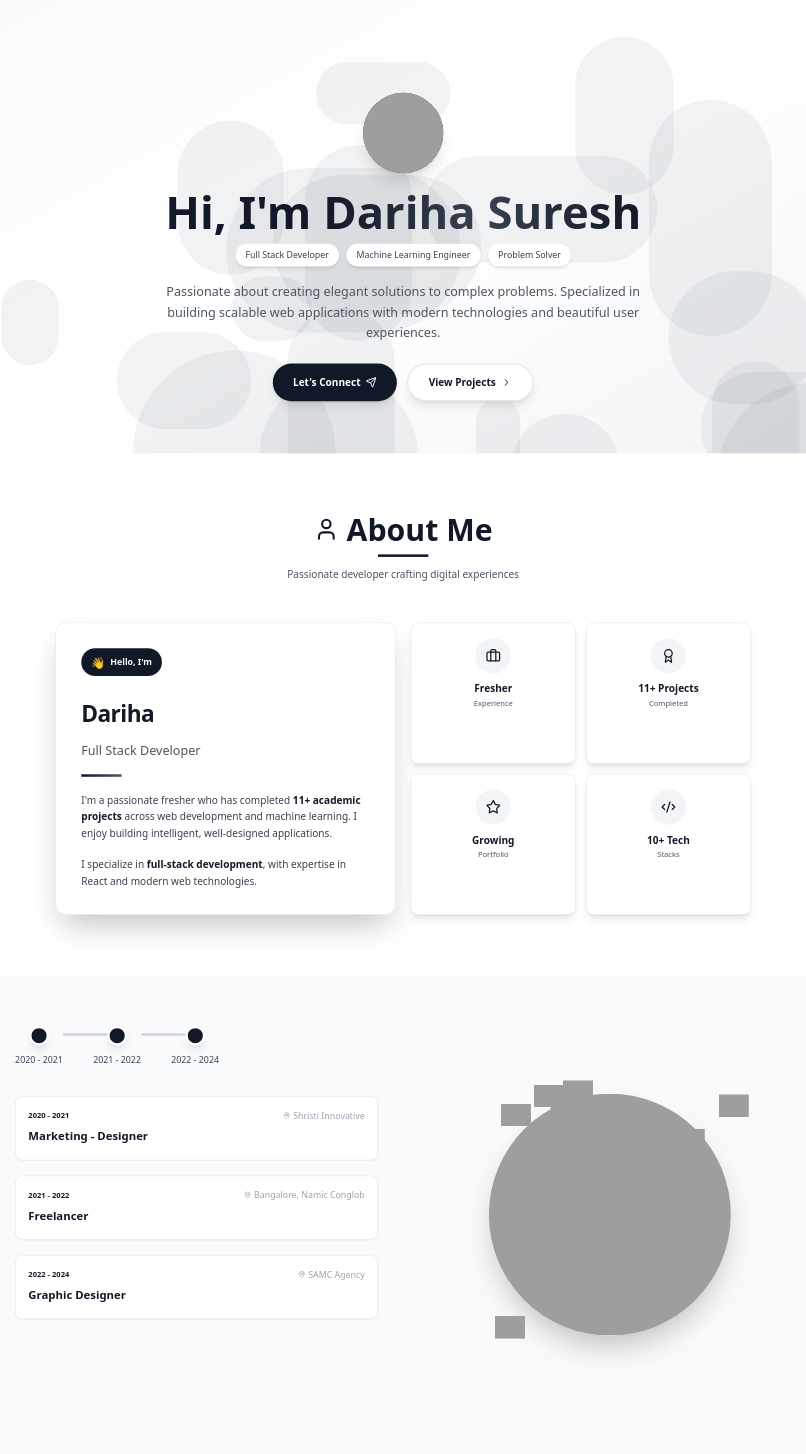
Repository: darihafebi825-collab/react-portfolio
Page: / (app in portapp/)
The author's editor kept a copy of each file at every save. The page is drawn from the files as they stood at one save, then again after the next save.
The browser window is 1280 px wide. The pictures show the whole page, at 63% of full size.
Pictures or frames that could not be fetched are drawn as grey boxes. The project was rebuilt for these pictures with package versions that can differ from the ones it lists, and the page was loaded fresh each time.

Above is the page before, as saved 2025-12-24 17:54:28.

After the next save:
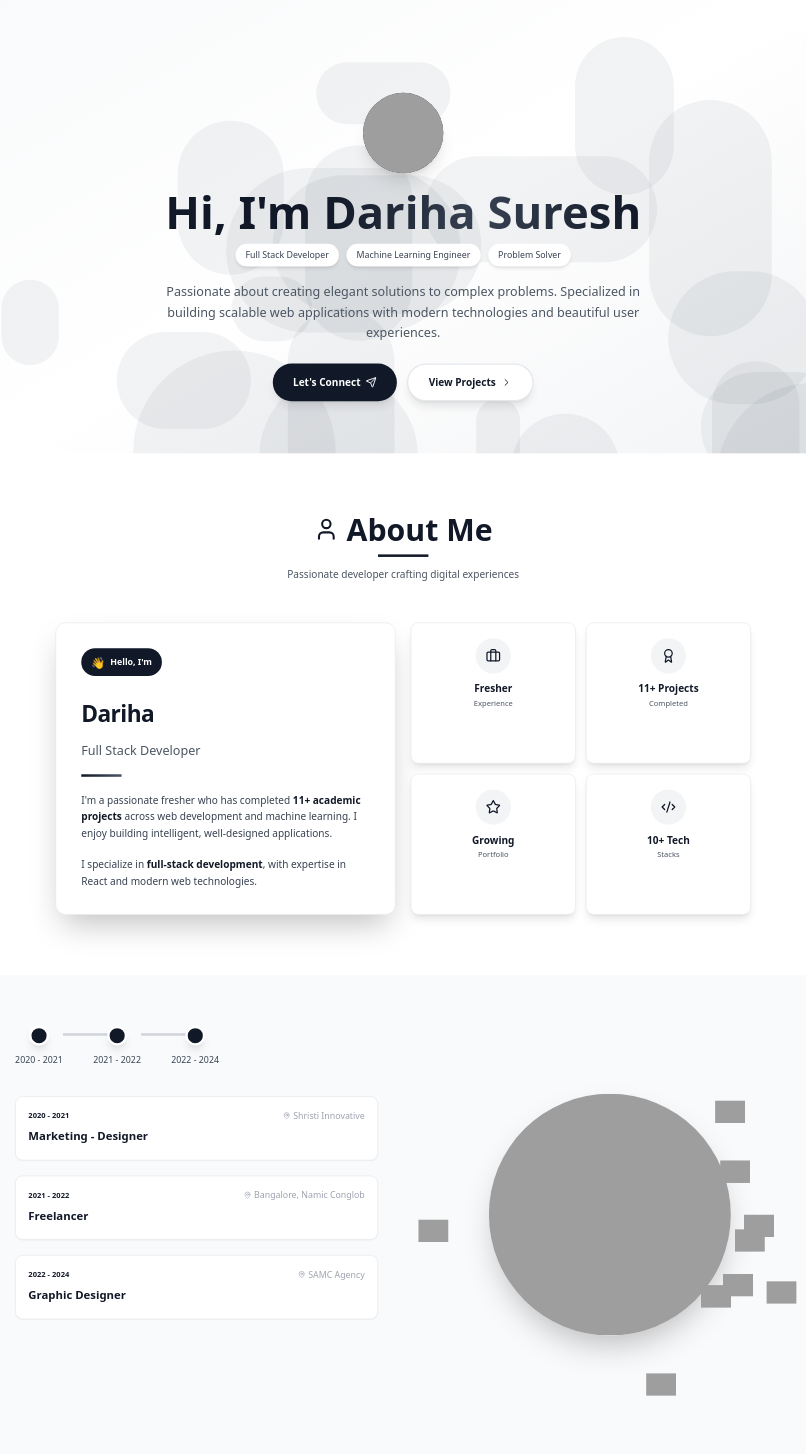
Saved 65 s later.
--- a/portapp/src/Components/Pages/Exp.js
+++ b/portapp/src/Components/Pages/Exp.js
@@ -91,17 +91,21 @@ const Exp = () => {
             transition={{ duration: 0.8 }}
           />
 
-          {/* Floating Skill Icons: bgless */}
+          {/* Floating Skill Icons: scattered outside image */}
           {skills.map((skill, idx) => {
-            const randomX = Math.random() * 400 - 200; // random x offset
-            const randomY = Math.random() * 400 - 200; // random y offset
+            // keep icons outside profile image radius
+            const radius = 200 + Math.random() * 100; // min distance from center
+            const angle = Math.random() * 2 * Math.PI;
+            const x = radius * Math.cos(angle);
+            const y = radius * Math.sin(angle);
+
             return (
               <motion.img
                 key={idx}
                 src={skill.icon}
                 alt={skill.name}
                 initial={{ scale: 0, opacity: 0 }}
-                animate={{ scale: 1, opacity: 1, x: randomX, y: randomY }}
+                animate={{ scale: 1, opacity: 1, x, y }}
                 transition={{ type: "spring", stiffness: 200, damping: 15, delay: 0.5 + idx * 0.1 }}
                 whileHover={{ scale: 1.2, rotate: 10 }}
                 className="absolute w-12 h-12 object-contain cursor-pointer"
